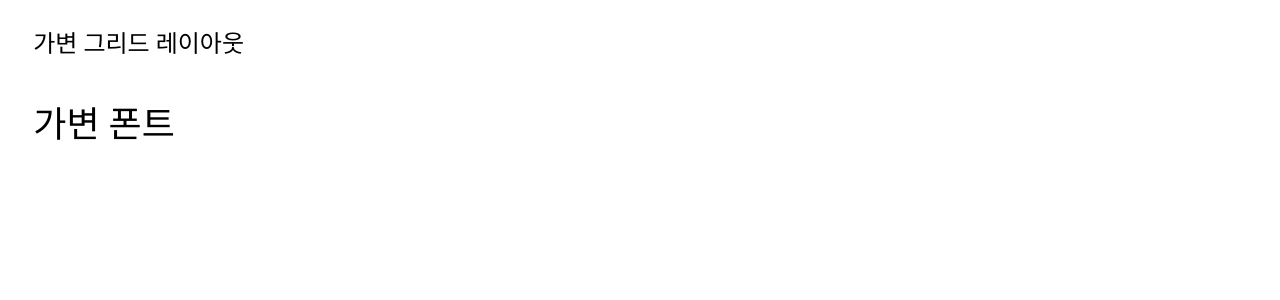
Repository: b1996om/HTML-CSS_study
Page: pro09/public/grid-rem.html
An editor plug-in stored every save of this project. The page is shown before and after the next save, followed by the edit.
The browser window is 1280 px wide. The pictures show the whole page.

Above is the page before, as saved 2022-12-09 03:05:07.

### pro09/public/grid-rem.html
<!DOCTYPE html>
<html lang="ko">
<head>
	<meta charset="utf-8">
	<title>그리드 레이아웃-가변 글꼴(rem)</title>
	<style>
		#wrap {
			width:96%;
			margin:0 auto;
			font-size:12px;
		}
		.header-text {
			font-size:2em;
			text-aglign:center;
		}
		.f-text {
			font-size:1.5em;
		}
	</style>
</head>
<body>
	<div id="wrap">
		<header class="header-text">
			<p>가변 그리드 레이아웃</p>
			<p class="f-text">가변 폰트</p>
		</header>
	</div>
</body>
</html>

After the next save:
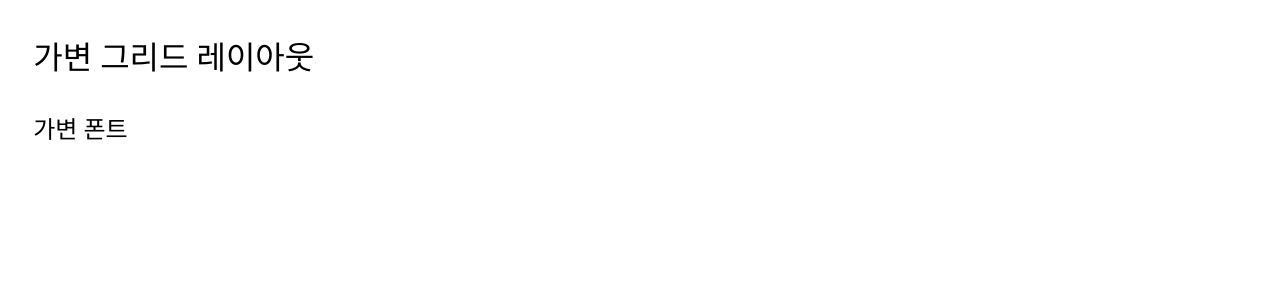
Saved 26 s later.
--- a/pro09/public/grid-rem.html
+++ b/pro09/public/grid-rem.html
@@ -7,14 +7,14 @@
 		#wrap {
 			width:96%;
 			margin:0 auto;
-			font-size:12px;
+			font-size:16px;
 		}
 		.header-text {
-			font-size:2em;
+			font-size:2rem;
 			text-aglign:center;
 		}
 		.f-text {
-			font-size:1.5em;
+			font-size:1.5rem;
 		}
 	</style>
 </head>
